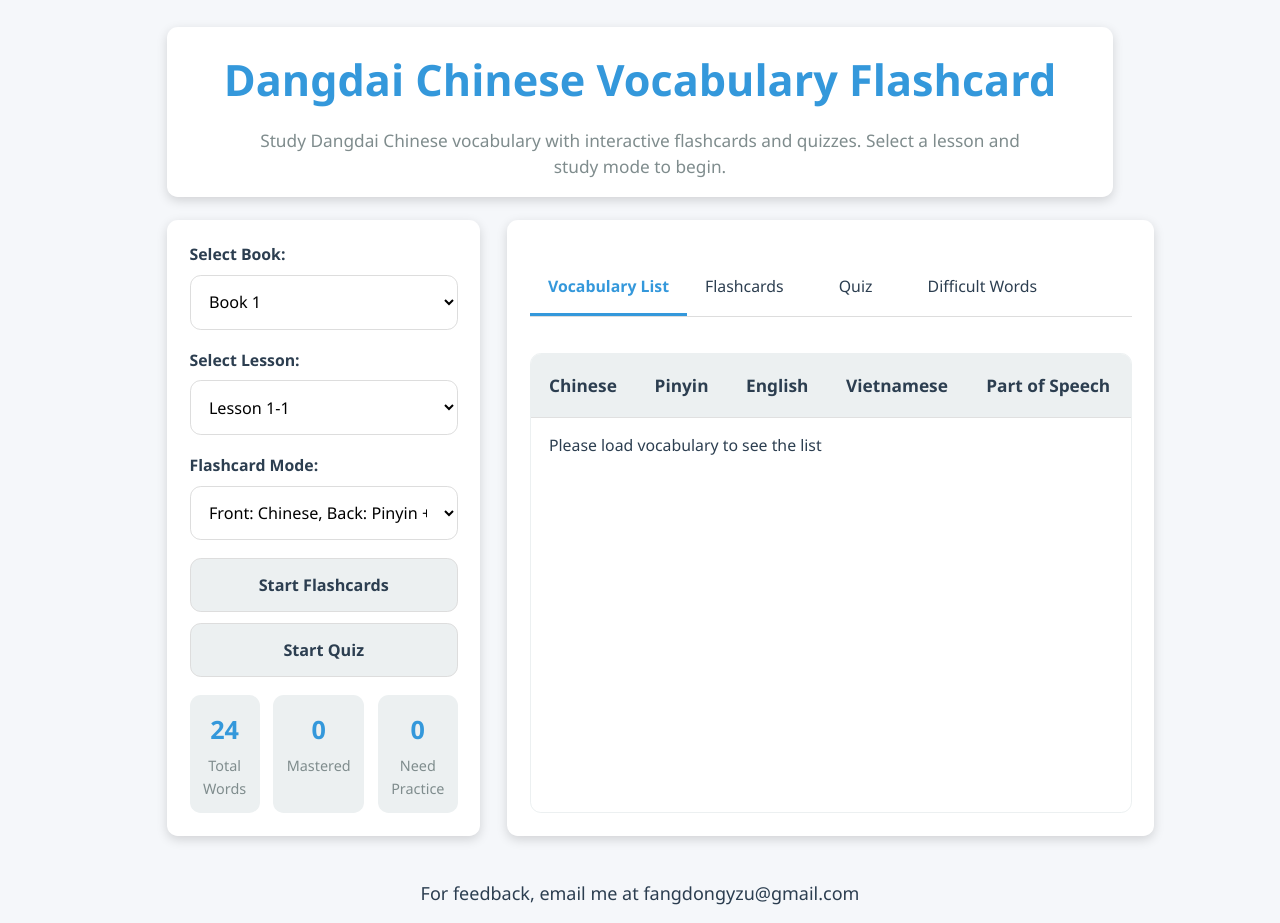
Repository: fangdongyzu/dangdaiflashcards
Page: index.html
An editor plug-in stored every save of this project. The page is shown before and after the next save, followed by the edit.
The browser window is 1280 px wide. The pictures show the whole page.

Above is the page before, as saved 2025-11-23 23:23:45.

### index.html
<!DOCTYPE html>
<html lang="en">

<head>
    <meta charset="UTF-8">
    <meta name="viewport" content="width=device-width, initial-scale=1.0">
    <title> Dangdai Chinese Vocabulary Flashcard</title>
    <link rel="stylesheet" href="styles.css">
</head>

<body>
    <div class="container">
        <header>
            <h1>Dangdai Chinese Vocabulary Flashcard</h1>
            <p class="app-description">Study Dangdai Chinese vocabulary with interactive flashcards and quizzes. Select
                a lesson and study mode to begin.</p>
        </header>

        <div class="main-content">
            <div class="control-panel">
                <div class="form-group">
                    <label for="book-select">Select Book:</label>
                    <select id="book-select">
                        <option value="B1">Book 1</option>
                        <option value="B2">Book 2</option>
                        <option value="B3">Book 3</option>
                        <option value="B4">Book 4</option>
                        <option value="B5">Book 5</option>
                        <option value="B6">Book 6</option>
                    </select>
                </div>

                <div class="form-group">
                    <label for="lesson-select">Select Lesson:</label>
                    <select id="lesson-select">
                        <!-- Lessons will be populated by JavaScript -->
                    </select>
                </div>

                <div class="form-group">
                    <label for="mode-select">Flashcard Mode:</label>
                    <select id="mode-select">
                        <option value="chinese-front">Front: Chinese, Back: Pinyin + English + Vietnamese</option>
                        <option value="pinyin-front">Front: Pinyin, Back: Chinese + English + Vietnamese</option>
                        <option value="english-front">Front: English, Back: Chinese + Pinyin + Vietnamese</option>
                        <option value="vietnamese-front">Front: Vietnamese, Back: Chinese + Pinyin + English</option>
                    </select>
                </div>

                <div class="button-group">
                    <button id="start-flashcards-btn" class="btn secondary">Start Flashcards</button>
                    <button id="start-quiz-btn" class="btn secondary">Start Quiz</button>
                </div>

                <div class="stats">
                    <div class="stat-item">
                        <div class="stat-value" id="total-words">0</div>
                        <div class="stat-label">Total Words</div>
                    </div>
                    <div class="stat-item">
                        <div class="stat-value" id="mastered-words">0</div>
                        <div class="stat-label">Mastered</div>
                    </div>
                    <div class="stat-item">
                        <div class="stat-value" id="difficult-words">0</div>
                        <div class="stat-label">Need Practice</div>
                    </div>
                </div>

                <div class="loading-indicator hidden" id="loading-indicator">
                    <div class="loading-spinner"></div>
                    <p>Loading vocabulary data...</p>
                </div>
            </div>

            <div class="study-area">
                <div class="tab-container">
                    <div class="tabs">
                        <div class="tab active" data-tab="vocabulary">Vocabulary List</div>
                        <div class="tab" data-tab="flashcards">Flashcards</div>
                        <div class="tab" data-tab="quiz">Quiz</div>
                        <div class="tab" data-tab="difficult">Difficult Words</div>
                    </div>

                    <div class="tab-content active" id="vocabulary-content">
                        <div class="vocabulary-list">
                            <table class="vocabulary-table">
                                <thead>
                                    <tr>
                                        <th>Chinese</th>
                                        <th>Pinyin</th>
                                        <th>English</th>
                                        <th>Vietnamese</th>
                                        <th>Part of Speech</th>
                                    </tr>
                                </thead>
                                <tbody id="vocabulary-table-body">
                                    <tr>
                                        <td colspan="5" class="text-center">Please load vocabulary to see the list</td>
                                    </tr>
                                </tbody>
                            </table>
                        </div>
                    </div>

                    <div class="tab-content" id="flashcards-content">
                        <div class="flashcard" id="flashcard">
                            <div class="flashcard-inner">
                                <div class="flashcard-front">
                                    <div class="chinese-character" id="flashcard-front-content">請選擇課程</div>
                                </div>
                                <div class="flashcard-back">
                                    <div class="flashcard-content" id="flashcard-back-content">Please select a lesson
                                    </div>
                                </div>
                            </div>
                        </div>
                        <div class="flashcard-controls">
                            <button id="prev-card-btn" class="btn secondary">Previous</button>
                            <button id="flip-card-btn" class="btn primary">Flip Card</button>
                            <button id="next-card-btn" class="btn secondary">Next</button>
                            <button id="mark-difficult-btn" class="btn warning">Mark Difficult</button>
                            <button id="mark-mastered-btn" class="btn success">Mark Mastered</button>
                        </div>
                        <div class="progress-info">
                            <div class="progress-text" id="progress-text">Card 0 of 0</div>
                            <div class="progress-bar">
                                <div class="progress" id="flashcard-progress"></div>
                            </div>
                        </div>
                    </div>

                    <div class="tab-content" id="quiz-content">
                        <div class="quiz-setup" id="quiz-setup">
                            <h3>Choose Quiz Type</h3>
                            <div class="quiz-type-selection">
                                <div class="quiz-type-option" data-quiz-type="chinese-english">
                                    <div class="quiz-type-icon">🇹🇼 → 🇺🇸</div>
                                    <div class="quiz-type-info">
                                        <h4>Chinese → English</h4>
                                        <p>Test your English translation skills</p>
                                    </div>
                                </div>
                                <div class="quiz-type-option" data-quiz-type="chinese-vietnamese">
                                    <div class="quiz-type-icon">🇹🇼 → 🇻🇳</div>
                                    <div class="quiz-type-info">
                                        <h4>Chinese → Vietnamese</h4>
                                        <p>Test your Vietnamese translation skills</p>
                                    </div>
                                </div>
                                <div class="quiz-type-option" data-quiz-type="chinese-pinyin">
                                    <div class="quiz-type-icon">🇹🇼 → 📝</div>
                                    <div class="quiz-type-info">
                                        <h4>Chinese → Pinyin</h4>
                                        <p>Test your pinyin knowledge</p>
                                    </div>
                                </div>


                                </div>
                            </div>
                                                        <div class="form-group">
                                <label for="question-count">Number of Questions:</label>
                                <select id="question-count" class="form-control">
                                    <option value="5">5 Questions</option>
                                    <option value="10" selected>10 Questions</option>
                                    <option value="15">15 Questions</option>
                                    <option value="20">20 Questions</option>
                                    <option value="all">All Questions</option>
                                </select>
                            </div>

                            <div class="quiz-start-controls">
                                <button id="start-selected-quiz" class="btn primary" disabled>Start Selected
                                    Quiz</button>
                            </div>




                        </div>

                        <div class="quiz-container hidden" id="quiz-container">
                            <div class="quiz-question" id="quiz-question">Loading question...</div>
                            <div class="quiz-options" id="quiz-options">
                                <!-- Quiz options will be populated by JavaScript -->
                            </div>
                            <div class="quiz-controls">
                                <button id="next-question-btn" class="btn primary hidden">Next Question</button>
                            </div>
                            <div class="progress-info">
                                <div class="progress-text" id="quiz-progress-text">Question 0 of 0</div>
                                <div class="progress-bar">
                                    <div class="progress" id="quiz-progress"></div>
                                </div>
                            </div>
                        </div>
                    </div>

                    <div class="tab-content" id="difficult-content">
                        <div class="difficult-words">
                            <h3>Words Needing Practice</h3>
                            <ul class="difficult-words-list" id="difficult-words-list">
                                <li class="difficult-word text-center">No difficult words yet. Keep studying!</li>
                            </ul>
                            <div class="difficult-words-controls">
                                <button id="practice-difficult-btn" class="btn primary">Practice These Words</button>
                                <button id="clear-difficult-btn" class="btn warning">Clear List</button>
                                 <button id="clear-mastered-btn" class="btn warning">Clear Mastered Words</button>
                            </div>
                        </div>
                    </div>
                </div>
            </div>
        </div>
    </div>

    <script src="script.js"></script>
</body>
<footer style="text-align: center; padding: 1rem 0;font-size: 18px;">
  For feedback, email me at
  <a href="mailto:fangdongyzu@gmail.com">fangdongyzu@gmail.com</a>
</footer>


</html>

Loaded but not shown: script.js (1482 lines, source omitted); styles.css (1068 lines, source omitted)

After the next save:
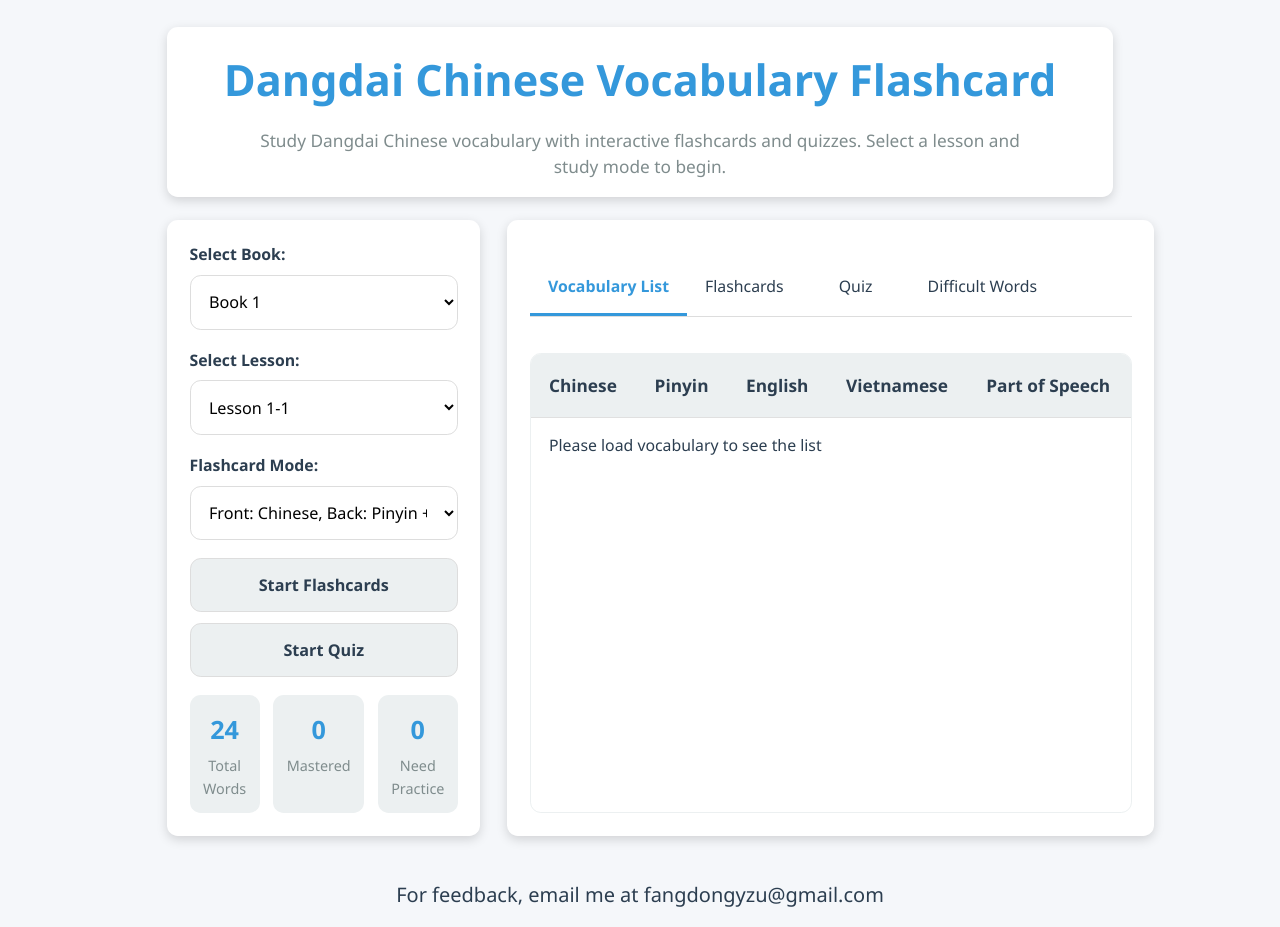
Saved 7 s later.
--- a/index.html
+++ b/index.html
@@ -217,7 +217,7 @@
 
     <script src="script.js"></script>
 </body>
-<footer style="text-align: center; padding: 1rem 0;font-size: 18px;">
+<footer style="text-align: center; padding: 1rem 0;font-size: 20px;">
   For feedback, email me at
   <a href="mailto:fangdongyzu@gmail.com">fangdongyzu@gmail.com</a>
 </footer>
